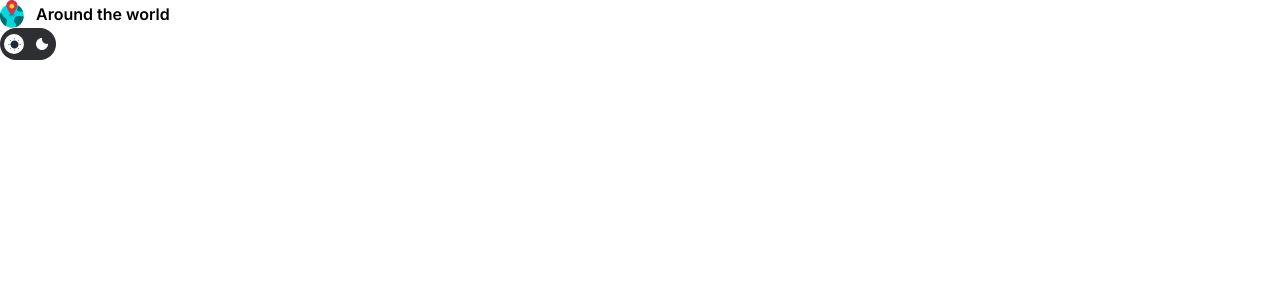
Repository: Baraajad231/Around-the-world
Page: /
These files come from the project's save history. The page is drawn as it stood at one moment and after the next save; the edit follows.
The browser window is 1280 px wide. The pictures show the whole page.
The project was rebuilt for these pictures with package versions that can differ from the ones it lists, and the page was loaded fresh each time. Also part of the build but not shown: vite.config.js.

Above is the page before, as saved 2026-03-12 14:03:18.

After the next save:
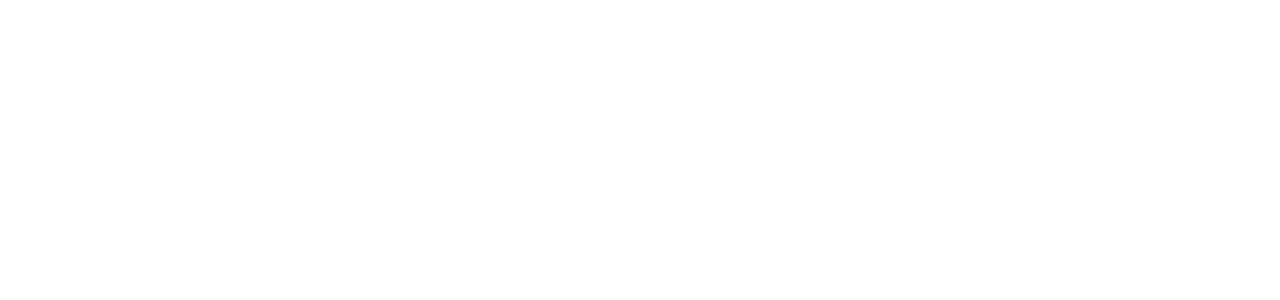
Console error (its wording comes from the project's code and is left out).
Saved 34 s later.
--- a/src/components/ThemeSwithcer.jsx
+++ b/src/components/ThemeSwithcer.jsx
@@ -18,6 +18,7 @@
     <div className="flex items-center justify-around w-14 h-8 rounded-full bg-[#2e2f33]  ">
       <button
         className={`${activeCircleStyles} ${theme === "light" ? "bg-white" : ""}`}
+        onClick={setTheme("light")}
       >
         <svg
           className="fill-gray-800 dark:fill-gray-100"

After the save that followed:
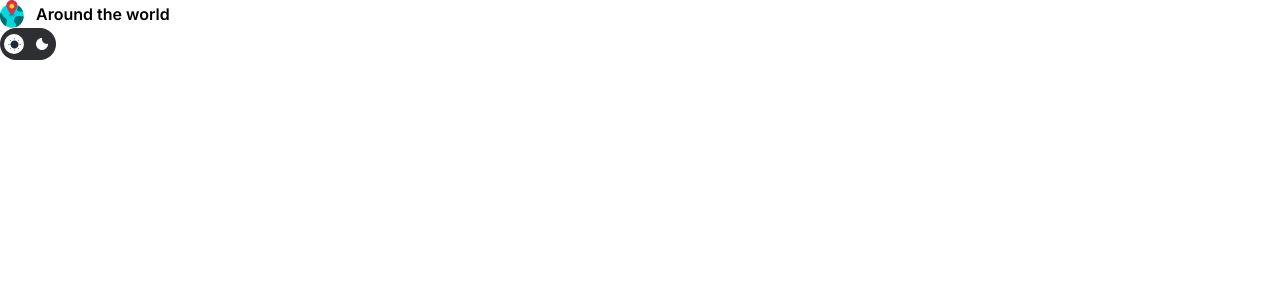
The error is gone.
Saved 26 s later.
--- a/src/components/ThemeSwithcer.jsx
+++ b/src/components/ThemeSwithcer.jsx
@@ -18,7 +18,9 @@
     <div className="flex items-center justify-around w-14 h-8 rounded-full bg-[#2e2f33]  ">
       <button
         className={`${activeCircleStyles} ${theme === "light" ? "bg-white" : ""}`}
-        onClick={setTheme("light")}
+        onClick={() => {
+          setTheme("light");
+        }}
       >
         <svg
           className="fill-gray-800 dark:fill-gray-100"
